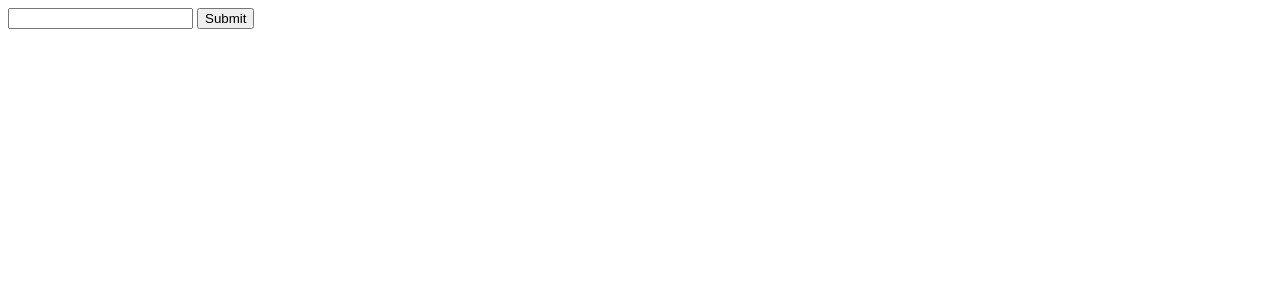
Repository: pujanban21/servlets
Page: SimpleServletProject/WebContent/simpleform.html
An editor plug-in stored every save of this project. The page is shown before and after the next save, followed by the edit.
The browser window is 1280 px wide. The pictures show the whole page.

Above is the page before, as saved 2017-04-08 22:51:22.

After the next save:
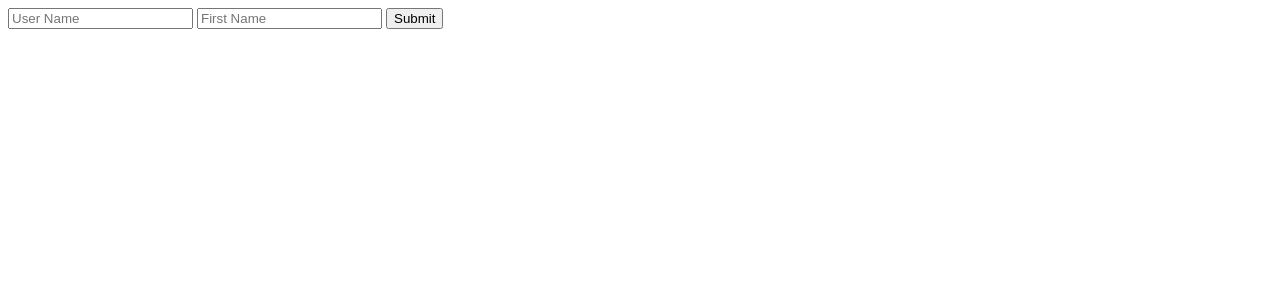
Saved 3 min 6 s later.
--- a/SimpleServletProject/WebContent/simpleform.html
+++ b/SimpleServletProject/WebContent/simpleform.html
@@ -7,7 +7,9 @@
 <body>
 
 	<form action="xmlservletpath" method="post">
-		<input name="name" /> <input type="submit" />
+		<input name="userName" placeholder ="User Name" >
+		<input name="firstName"  placeholder="First Name"/>
+		<input type="submit"  placeholder="Subimit Form"/>
 	</form>
 </body>
 </html>
